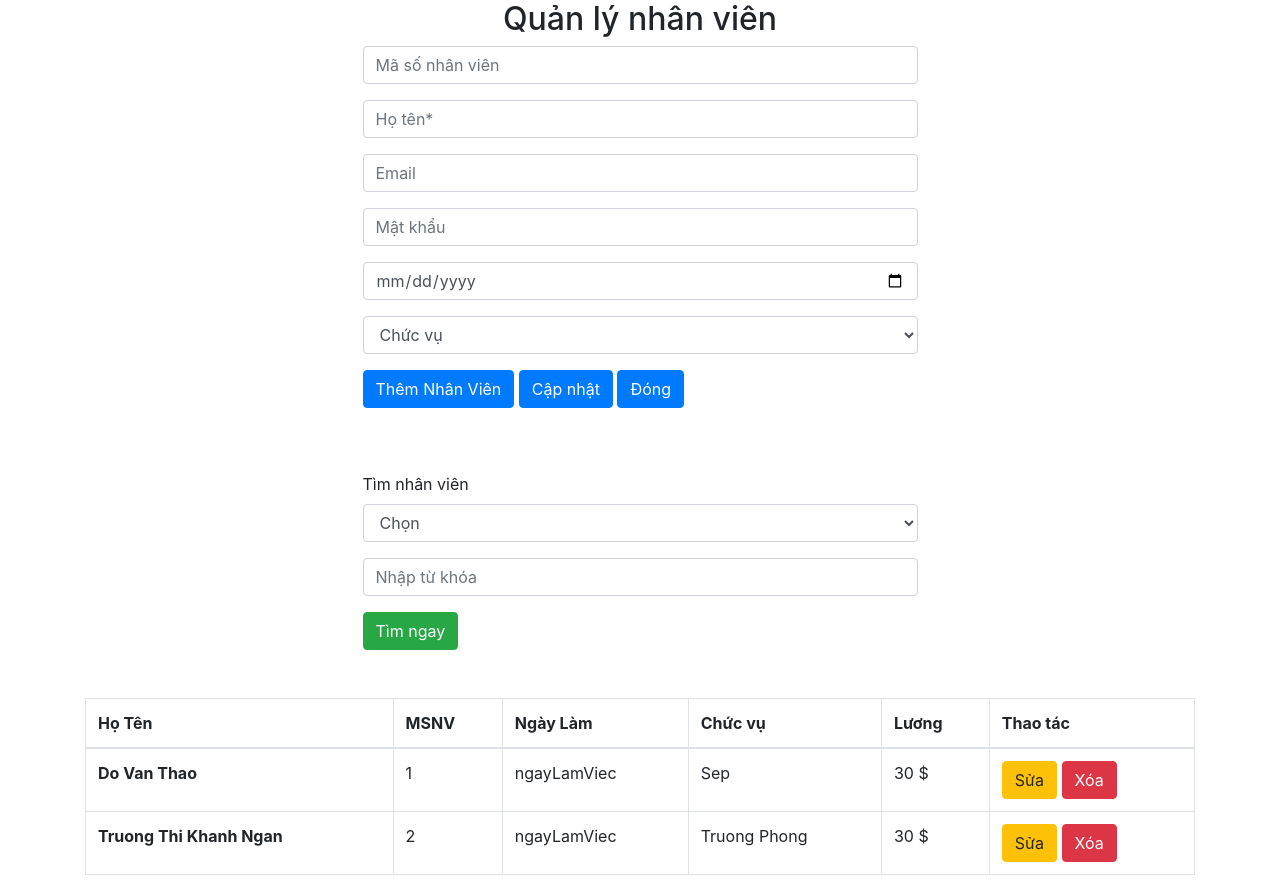
Repository: dovanthao2404/quanlynhanvien
Page: index.html
These files come from the project's save history. The page is drawn as it stood at one moment and after the next save; the edit follows.
The browser window is 1280 px wide. The pictures show the whole page.

Above is the page before, as saved 2021-06-30 01:01:46.

### index.html
<!DOCTYPE html>
<html lang="en">

<head>
  <meta charset="UTF-8">
  <meta http-equiv="X-UA-Compatible" content="IE=edge">
  <meta name="viewport" content="width=device-width, initial-scale=1.0">
  <title>Quan Ly Nhan Vien</title>
  <!-- BOOTSTRAP  -->
  <link rel="stylesheet" href="https://cdn.jsdelivr.net/npm/bootstrap@4.6.0/dist/css/bootstrap.min.css"
    integrity="sha384-B0vP5xmATw1+K9KRQjQERJvTumQW0nPEzvF6L/Z6nronJ3oUOFUFpCjEUQouq2+l" crossorigin="anonymous">
  <!-- MAIN CSS -->
  <link rel="stylesheet" href="./css/style.css">
</head>

<body>
  <div class="modal" tabindex="-1">
    <div class="modal-dialog">
      <div class="modal-content">
        <div class="modal-header">
          <h5 class="modal-title">Modal title</h5>
          <button type="button" class="close" data-dismiss="modal" aria-label="Close">
            <span aria-hidden="true">&times;</span>
          </button>
        </div>
        <div class="modal-body">
          <p>Modal body text goes here.</p>
        </div>
        <div class="modal-footer">
          <button type="button" class="btn btn-secondary" data-dismiss="modal">Close</button>
          <button type="button" class="btn btn-primary">Save changes</button>
        </div>
      </div>
    </div>
  </div>
  <div class="main">
    <div class="add-staff">
      <div class="container">
        <form>
          <div class="row">
            <div class="col">
              <div class="add-staff__content w-50 mx-auto">
                <div class="add-staff-title">
                  <h2 id="header-title" class="text-center">Quản lý nhân viên</h2>
                </div>
                <div class="form-group">
                  <input type="text" class="form-control" id="msnv" placeholder="Mã số nhân viên">
                  <span id="thongBaoMNV" class="sp-thongbao text-danger"></span>
                </div>
                <div class="form-group">
                  <input type="text" class="form-control" id="hoTen" placeholder="Họ tên*">
                  <span id="thongBaoHo" class="sp-thongbao text-danger"></span>
                </div>
                <div class="form-group">
                  <input type="text" class="form-control" id="email" placeholder="Email">
                  <span id="thongBaoMNV" class="sp-thongbao text-danger"></span>
                </div>
                <div class="form-group">
                  <input type="password" class="form-control" id="matKhau" placeholder="Mật khẩu">
                  <span id="thongBaoMNV" class="sp-thongbao text-danger"></span>

                </div>
                <div class="form-group">
                  <input type="date" class="form-control" id="ngayLam">
                  <span id="thongBaoNgayLam" class="sp-thongbao text-danger"></span>

                </div>
                <div class="form-group">
                  <select id="chucVu" class="form-control">
                    <option selected>Chức vụ</option>
                    <option>Sếp</option>
                    <option>Trưởng Phòng</option>
                    <option>Nhân Viên</option>
                  </select>
                  <span id="thongBaoChucVu" class="sp-thongbao text-danger"></span>

                </div>
                <div class="form-group">

                  <button class="btn btn-primary" type="button" id="btnThemNhanVien">Thêm Nhân Viên</button>
                  <button class="btn btn-primary" type="button" id="btnCapNhat">Cập nhật</button>
                  <button class="btn btn-primary" type="button" id="btnDong">Đóng</button>
                </div>
              </div>
            </div>
          </div>

        </form>
      </div>
    </div>
    <div class="search-staff my-5">
      <div class="container">
        <div class="add-staff__content w-50 mx-auto">
          <div class="form-group">
            <label for="">Tìm nhân viên</label>
            <select id="" class="form-control">
              <option selected>Chọn</option>
              <option>Theo Tên</option>
              <option>Theo mã</option>
            </select>
            <span class="sp-thongbao text-danger"></span>
          </div>
          <div class="form-group">
            <input class="form-control" type="text" placeholder="Nhập từ khóa">
          </div>
          <div class="form-group">
            <input class="btn btn-success" type="button" value="Tìm ngay">
          </div>
        </div>
      </div>
    </div>
  </div>

  <div class="list-staff">
    <div class="container">
      <div id="list-staff__content">
        <table id="danhSachNhanVien" class="table table-bordered">
          <thead>
            <tr>
              <th scope="col">Họ Tên</th>
              <th scope="col">MSNV</th>
              <th scope="col">Ngày Làm</th>
              <th scope="col">Chức vụ</th>
              <th scope="col">Lương</th>
              <th scope="col">Thao tác</th>
            </tr>
          </thead>
          <tboby>
            <tr>
              <th scope="row">a</th>
              <td>Jacob</td>
              <td>Thornton</td>
              <td>@fat</td>
              <td>Jacob</td>
              <td>
                <button class="btn btn-warning" id="sua">Sửa</button>
                <button class="btn btn-danger" id="xoa">Xóa</button>
              </td>
            </tr>
          </tboby>
        </table>
      </div>
    </div>
  </div>
  <!-- BOOSTRAP -->
  <script src="https://code.jquery.com/jquery-3.5.1.slim.min.js"
    integrity="sha384-DfXdz2htPH0lsSSs5nCTpuj/zy4C+OGpamoFVy38MVBnE+IbbVYUew+OrCXaRkfj"
    crossorigin="anonymous"></script>
  <script src="https://cdn.jsdelivr.net/npm/bootstrap@4.6.0/dist/js/bootstrap.bundle.min.js"
    integrity="sha384-Piv4xVNRyMGpqkS2by6br4gNJ7DXjqk09RmUpJ8jgGtD7zP9yug3goQfGII0yAns"
    crossorigin="anonymous"></script>
  <script src="./js/NhanVien.js"></script>
  <script src="js/CongTy.js"></script>
  <script src="js/main.js"></script>
</body>

</html>

### js/NhanVien.js
class NhanVien {

  constructor(maNV, hoTen, email, matKhau, ngayLamViec, chucVu) {
    this.maNV = maNV;
    this.hoTen = hoTen;
    this.email = email;
    this.matKhau = matKhau;
    this.ngayLamViec = ngayLamViec;
    this.chucVu = chucVu;
    this.mangDoiChieu = [this.maNV, this.hoTen, this.email
      , this.matKhau, this.ngayLamViec, this.chucVu];
  }
}

### js/CongTy.js
class CongTy {
  constructor() {
    this.DanhSachNhanVien = [];
  }
  // Phương thức thêm nhân viên mới vào mảng (thuộc tính) DanhSachNhanVien
  ThemNhanVien(nhanVienMoi) {
    this.DanhSachNhanVien = [...this.DanhSachNhanVien, nhanVienMoi];
  }

  // Phước thức tìm nhân viên theo mã nhân viên, trả về vị trí nhân viên trong mảng DanhSachNhanVien
  TimViTriNhanVien(maNV) {
    // return this.DanhSachNhanVien.find(nhanVien => nhanVien.maNV === maNV)
    for (let viTri in this.DanhSachNhanVien) {
      if (this.DanhSachNhanVien[viTri].maNV === maNV) {
        return viTri;
      }
    }
    return -1;
  }

  // Tìm nhân viên theo mã trả về nhân viên
  TimNhanVienTheoMa(maNV) {
    let viTri = this.TimViTriNhanVien(maNV);
    if (viTri != -1) {
      return this.DanhSachNhanVien[viTri];
    } else {
    }
  }

  // Xóa nhân viên theo mã
  XoaNhanVien(maNV) {
    let viTri = this.TimViTriNhanVien(maNV);
    if (viTri != -1) {
      this.DanhSachNhanVien.splice(viTri, 1);
    } else {
    }
  }

  // Sửa nhân viên
  SuaNhanVien(nhanVien) {
    let viTri = this.TimViTriNhanVien(nhanVien.maNV);
    this.DanhSachNhanVien[viTri] = nhanVien;
  }

  // Tìm nhân viên theo tên --> trả về danh sách nhân viên
  TimNhanVienTheoTen(hoTen) {
    let dskq = new CongTy();
    hoTen = hoTen.trim().toUpperCase();
    for (let nhanVien of this.DanhSachNhanVien) {
      let hoTenNV = nhanVien.hoTen.trim().toUpperCase();
      if (hoTenNV.search(hoTen) !== -1) {
        dskq.ThemNhanVien(nhanVien);
      }
    }
    return dskq;
  }
}

### js/main.js
function getEle(ele) {
  return document.getElementById(ele);
}

var congTy = new CongTy();
var nhanVienMoi = new NhanVien('1', "Do Van Thao", 'abc@gmail.com', 'truongthikhanhngan', 'ngayLamViec', 'Sep');
congTy.ThemNhanVien(nhanVienMoi);
nhanVienMoi = new NhanVien('2', "Truong Thi Khanh Ngan", 'abc@gmail.com', 'truongthikhanhngan', 'ngayLamViec', 'Truong Phong');
congTy.ThemNhanVien(nhanVienMoi);

// Ham goi modal popup: Them Nhan Vien or Sua thong tin nhan vien
GoiModal = (modal_title, readonly = false, type = 1) => {
  // type = 1: them nhan vien, type = 2: sua thong tin
  getEle('header-title').innerHTML = modal_title;
  getEle('msnv').readonly = readonly;

  switch (type) {
    case 1: //Them nhanVien
      getEle("btnThemNhanVien").style.display = "inline-block";
      getEle("btnCapNhat").style.display = "none";
      getEle("btnDong").style.display = "inline-block";
      break;

    case 2:
      getEle("btnCapNhat").style.display = "inline-block";
      getEle("btnThemNhanVien").style.display = "none";
      getEle("btnDong").style.display = "inline-block";
      break;
  }
}

// Reset form
XoaForm = () => {
  let elements = document.getElementsByTagName('input');
  for (let element of elements) {
    element.value = '';
  }
  document.getElementById('chucVu').selectedIndex = 0;
}

let trangHienThi = 1;
HienThiDanhSach = (dsnv) => {
  var tbody = document.querySelector('table tbody');
  var htmls = '';
  let soNV = dsnv.length;
  for (let i = 0; i < soNV; i++) {
    htmls += `<tr>
          <th scope="row">${dsnv[i].hoTen}</th>
          <td>${dsnv[i].maNV}</td>
          <td>${dsnv[i].ngayLamViec}</td>
          <td>${dsnv[i].chucVu}</td>
          <td>30 $</td>
          <td>
            <button class="btn btn-warning" id="sua">Sửa</button>
            <button class="btn btn-danger" id="xoa">Xóa</button>
          </td>
        </tr>`
  }
  tbody.innerHTML = htmls;
}
HienThiDanhSach(congTy.DanhSachNhanVien);

Loaded but not shown: css/style.css (common file)

After the next save:
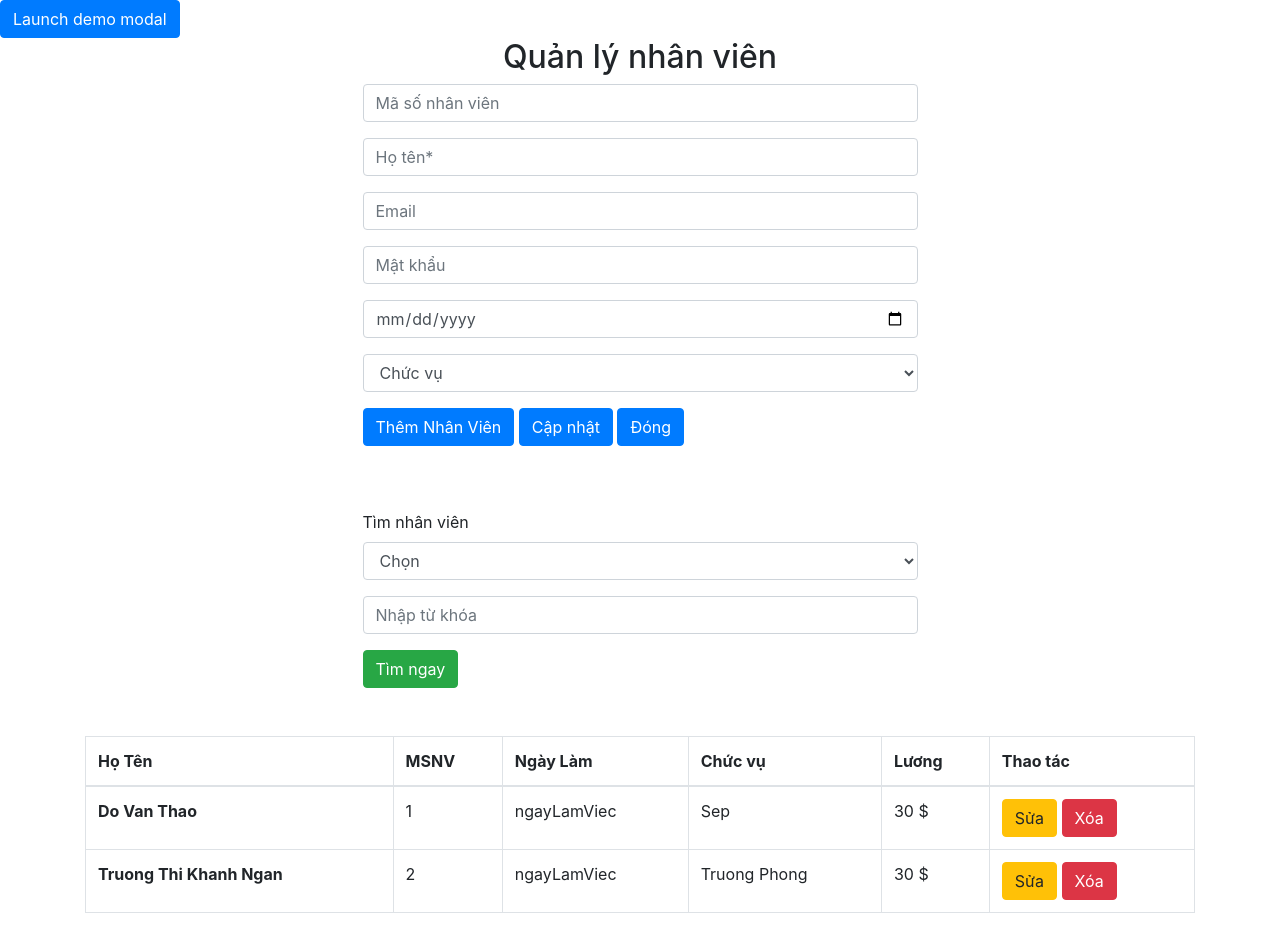
Saved 14 s later.
--- a/index.html
+++ b/index.html
@@ -14,17 +14,23 @@
 </head>
 
 <body>
-  <div class="modal" tabindex="-1">
+  <!-- Button trigger modal -->
+  <button type="button" class="btn btn-primary" data-toggle="modal" data-target="#exampleModal">
+    Launch demo modal
+  </button>
+
+  <!-- Modal -->
+  <div class="modal fade" id="exampleModal" tabindex="-1" aria-labelledby="exampleModalLabel" aria-hidden="true">
     <div class="modal-dialog">
       <div class="modal-content">
         <div class="modal-header">
-          <h5 class="modal-title">Modal title</h5>
+          <h5 class="modal-title" id="exampleModalLabel">Modal title</h5>
           <button type="button" class="close" data-dismiss="modal" aria-label="Close">
             <span aria-hidden="true">&times;</span>
           </button>
         </div>
         <div class="modal-body">
-          <p>Modal body text goes here.</p>
+          ...
         </div>
         <div class="modal-footer">
           <button type="button" class="btn btn-secondary" data-dismiss="modal">Close</button>
